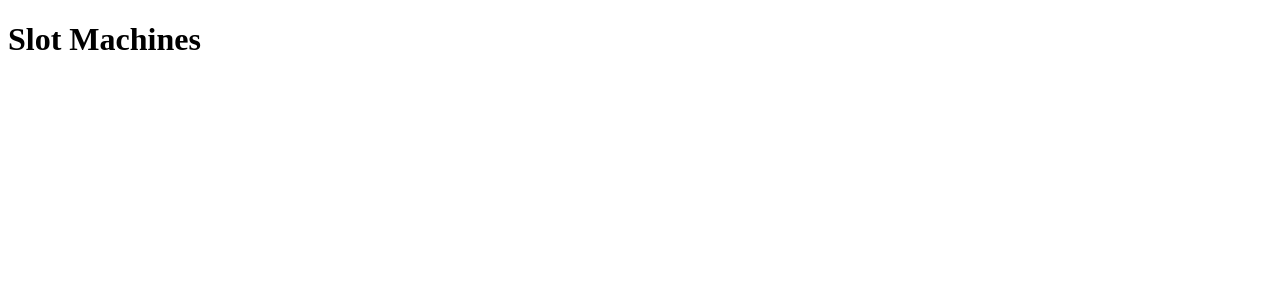
Repository: Zichi90123/ReactTraining
Page: 04_Create_React_App/fruit-exercise/ReactTraining/03_Props/02_SlotExercise/index.html
An editor plug-in stored every save of this project. The page is shown before and after the next save, followed by the edit.
The browser window is 1280 px wide. The pictures show the whole page.

Above is the page before, as saved 2019-12-13 13:01:12.

After the next save:
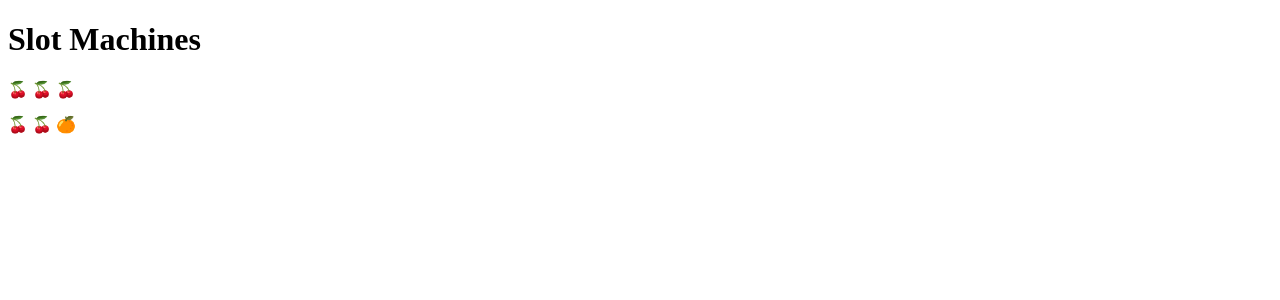
Saved 2 min 22 s later.
--- a/04_Create_React_App/fruit-exercise/ReactTraining/03_Props/02_SlotExercise/machine.js
+++ b/04_Create_React_App/fruit-exercise/ReactTraining/03_Props/02_SlotExercise/machine.js
@@ -2,7 +2,7 @@
     render() {
         return (
             <div>
-
+                <p>{this.props.s1} {this.props.s2} {this.props.s3}</p>
             </div>
         )
     }
